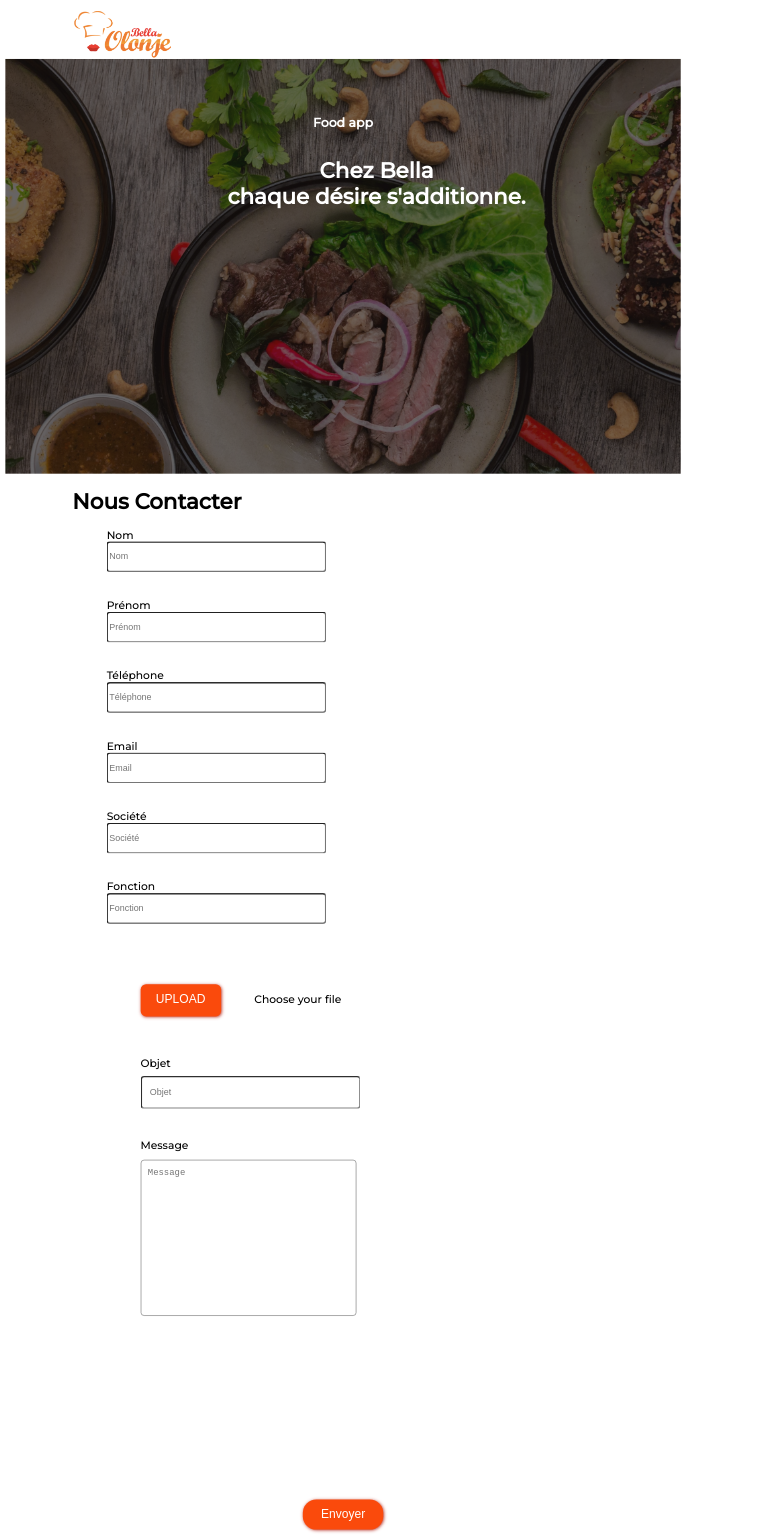
Repository: Ahlam-belhadj/bella-olange
Page: index3.html
An editor plug-in stored every save of this project. The page is shown before and after the next save, followed by the edit.
The browser window is 1024 px wide. The page is 1166 px wide, so the pictures cover 1166 px, including what lies to the right of the window. The pictures show the whole page, at 67% of full size.
Pictures or frames that could not be fetched are drawn as grey boxes.

Above is the page before, as saved 2023-02-12 21:15:13.

### index3.html
<!DOCTYPE html>
<html lang="en">

<head>
    <meta charset="UTF-8">
    <meta http-equiv="X-UA-Compatible" content="IE=edge">
    <meta name="viewport" content="width=device-width, initial-scale=1.0">
    <link rel="stylesheet" href="style3.css">
    <script src="https://www.google.com/recaptcha/api.js" async defer></script>
    <title>Bella olanje</title>
</head>

<body>
    <header>
        <nav>
            <div class="logo"><img  class="logo" src="image/logo_bella_olonje.png" alt="logo"></div>
            <ul>
                <li><a href="#" class="nav-link">Home</a></li>
                <li><a href="#" class="nav-link">Pizza</a></li>
                <li><a href="#" class="nav-link">Burgers</a></li>
                <li><a href="#" class="nav-link">Salade</a></li>
                <li><a href="#" class="nav-link">Contact</a></li>

            </ul>
            <div class="icon_navbar">
                <label for="click" class="menu-btn">
                  <i class="fas fa-bars"></i>
                </label>
            </div>
          </nav>

        <div class="title">
            <div class="texte">
                <h3>Food app</h3>
                <h1>Chez Bella <br>
                    chaque désire s'additionne.</h1>
            </div>
        </div>
    </header>
    <main>
    <div class="information">
        <form>
            <h1>Nous Contacter</h1>
            <div class="commande">
                <div class="info1">
                    <div class="label">
                        <label>Nom</label>
                        <br>
                        <input type="text" placeholder="Nom">
                    </div>
                    <div class="label">
                        <label>Prénom</label>
                        <br>
                        <input type="text" placeholder="Prénom">
                    </div>
                </div>
                <div class="info2">
                    <div class="label">
                        <label>Téléphone</label>
                        <br>
                        <input type="text" placeholder="Téléphone">
                    </div>
                    <div class="label">
                        <label>Email</label>
                        <br>
                        <input type="email" placeholder="Email">
                    </div>
                </div>
                <div class="info1">
                    <div class="label">
                        <label>Société</label>
                        <br>
                        <input type="text" placeholder="Société">
                    </div>
                    <div class="label">
                        <label>Fonction</label>
                        <br>
                        <input type="email" placeholder="Fonction">
                    </div>
                </div>

            </div>
        </form>
    </div>


    <div class="chose">
        <div class="div_button">
            <button class="button1" type="button">UPLOAD</button>
            <p>Choose your file</p>
        </div>
    </div>

    <div>
        <div class="g-recaptcha" data-sitekey="6Lff4ygkAAAAABA1RWNuq8ewgkRZaDD-yAWqFs1t"></div>
    </div>

    <div class="grp_choose">
        <div class="choose_message">
            <div class="label_choose">
                <label>Objet</label><br>
                <input type="text" placeholder="Objet">
            </div>
            <div class="label_message">
                <label>Message</label><br>
                <textarea placeholder="Message"></textarea>
            </div>
        </div>
    </div>


    <div class="maps">
        <iframe
            src="https://www.google.com/maps/embed?pb=!1m18!1m12!1m3!1d6464.54830951471!2d2.4294808287259815!3d48.785241545980085!2m3!1f0!2f0!3f0!3m2!1i1024!2i768!4f13.1!3m3!1m2!1s0x47e67344bd2d57f1%3A0x2a84a845271b523a!2sAFPA!5e0!3m2!1sfr!2sfr!4v1674668360985!5m2!1sfr!2sfr"
            width="600" height="450" style="border:0;" allowfullscreen="" loading="lazy"
            referrerpolicy="no-referrer-when-downgrade"></iframe>
    </div>


    <div class="button1">
        <button class="button">Envoyer</button>
    </div>
</main>
</body>

</html>

### style3.css
@import url('https://fonts.googleapis.com/css2?family=Montserrat:wght@100;200;500&display=swap');

body {
    font-family: Montserrat, sans-serif;
}


.logo {
    height: 80px;
}

nav {
    display: flex;
    height: 80px;
    width: 100%;
    background: white;
    align-items: center;
    justify-content: space-between;
    padding: 0 50px 0 100px;
    flex-wrap: wrap;
}

nav .logo {
    color: #fff;
    font-size: 20px;
    text-transform: uppercase;
    text-decoration: none;
}

nav a {
    color: #fff;
    text-decoration: none;
}

nav ul {
    display: flex;
    flex-wrap: wrap;
    list-style: none;

}

nav ul li {
    margin: 0 5px;
}

nav ul li a {
    color: black;
    text-decoration: none;
    font-size: 16px;
    font-weight: 500;
    padding: 8px 15px;
    border-radius: 5px;
    letter-spacing: 1px;
    transition: all 0.3s ease;
}

nav .icon_navbar {
    display: flex;
}



nav .menu-btn i {
    color: #050505;
    font-size: 22px;
    cursor: pointer;

}

input[type="checkbox"] {
    display: none;
}

@media (max-width: 1000px) {
    nav {
        padding: 0 40px 0 50px;
    }

    nav .logo {
        color: #fff;
        font-size: 16px;
        text-transform: uppercase;
    }
}

@media (max-width: 1250px) {
    nav .menu-btn i {
        display: block;
    }

    #click:checked~.menu-btn i:before {
        content: "\f00d";
    }

    nav ul {
        position: fixed;
        top: 80px;
        right: -100%;
        background: #C81100;
        height: 100vh;
        width: 60%;
        text-align: center;
        display: block;
        transition: all 0.3s ease;
    }

    #click:checked~ul {
        right: 0;
    }

    nav ul li {
        width: 100%;
        margin: 40px 0;
    }

    nav ul li a {
        width: 100%;
        display: block;
        font-size: 20px;
        transition: 0.6s cubic-bezier(0.68, -0.55, 0.265, 1.55);
    }

    #click:checked~ul li a {
        margin-left: 0px;
    }

    nav ul li a.active,
    nav ul li a:hover {
        background: none;
        color: #1E1E1E;
    }
}

.title {
    background-image: url(image/Rectangle\ 48.png);
    height: 619px;
    background-repeat: no-repeat;
    background-position: center;
    background-size: cover;



}

.texte {
    color: white;
    display: flex;
    align-items: center;
    justify-content: center;
    flex-direction: column;
    text-align: center;
    height: 50%;
}

/* header */

h1 {
    padding-left: 100px;
}


h2 {
    text-align: center;
    padding-bottom: 20px;
}

.info1 {
    display: flex;
    justify-content: space-around;
    padding-right: 100px;
}

.info2 {
    display: flex;
    justify-content: space-around;
    padding-right: 100px;
}

input {
    width: 320px;
    height: 40px;
    border-radius: 5px;
    margin-bottom: 40px;

}


.maps {
    display: flex;

    padding-left: 200px;
}

iframe {
    width: 941px;
    height: 500px;
    left: 100px;
    top: 1875px;

}


/* button */
button {
    border: 0;
    line-height: 2.5;
    width: 120px;
    padding: 0 18px;
    font-size: 18px;
    text-align: center;
    color: #fff;
    border-radius: 20px;
    background-color: #FA4A0C;
    box-shadow: 1px 1px 5px #B73227;


}

.button1 {
    display: flex;
    justify-content: end;
    margin: 50px 0px 35px 100px;
    border-radius: 8px;
}

p {
    margin-top: 63px;
    margin-left: 50px;
}

.btn {
    display: flex;
}


.div_button {
    padding: 50px 0px 35px 100px;
    display: flex;
}

/* button */


.chose {
    display: flex;
}

.grp_choose {
    padding-left: 200px;
}

.label_choose input {
    width: 938px;
    height: 35px;
    margin-bottom: 20px;
    margin-top: 10px;
    padding: 5px 12px;
    color: grey;
    border-radius: 5px;
    border-color: gray;
}

.label_message {
    padding-top: 25px;
}

textarea {
    width: 938px;
    height: 141px;
    margin-bottom: 20px;
    color: grey;
    border-color: gray;
    margin-top: 12px;
    padding: 10px 10px 80px;
    outline: none;
    border-radius: 5px;
    resize: none;
}

.g-recaptcha {
    padding-left: 200px;
    margin-bottom: 60px;
}

@media (max-width:650px) {
    .info1 {
        display: flex;
        flex-direction: column;
        padding-left: 15%;
    }

    .info2 {
        display: flex;
        flex-direction: column;
        padding-left: 15%;
    }
    .chose {

        padding-left: 20%;
      }

    .div_button {
        padding: 0px;
    }

    .g-recaptcha {
        margin-top: 40px;
        padding-left: 20%;
    }

    .grp_choose {
        /* padding-left: 0px; */
        padding-left: 15%;
    }

    .label_choose input {
        width: 300px;
    }

    textarea {
        width: 300px;
    }

    .maps {
        padding-left: 0px;
    }

    iframe {
        width: 400px;
        height: 200px;
        top: 1875px;
        padding-left: 10%;

    }

    .button1 {

        justify-content: center;
        margin: 50px 0px 0px 0px;

      }
}

@media screen and (min-width:651px) and (max-width:1199px) {
    .info1 {
        display: flex;
        flex-direction: column;
        padding-left: 15%;
    }

    .info2 {
        display: flex;
        flex-direction: column;
        padding-left: 15%;
    }
    .chose {

        padding-left: 20%;
      }

    .div_button {
        padding: 0px;
    }

    .g-recaptcha {
        margin-top: 40px;
        padding-left: 20%;
    }

    .grp_choose {

        padding-left: 20%;
    }

    .label_choose input {
        width: 300px;
    }

    textarea {
        width: 300px;
    }

    .maps {
        padding-left: 0px;
    }

    iframe {
        width: 400px;
        height: 200px;
        top: 1875px;
        padding-left: 20%;

    }

    .button1 {

        justify-content: center;
        margin: 50px 0px 0px 0px;

      }



}

After the next save:
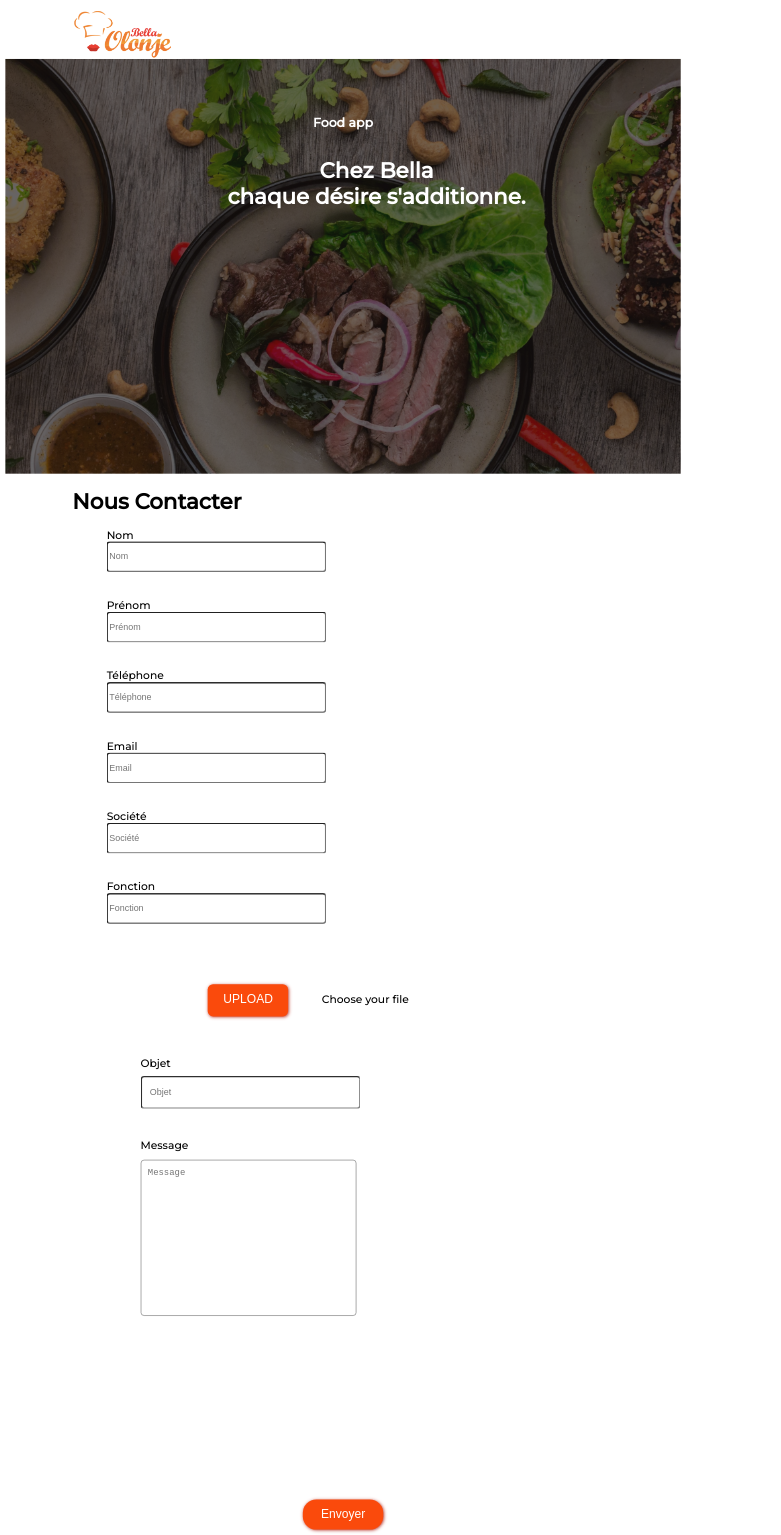
Saved 8 s later.
--- a/style3.css
+++ b/style3.css
@@ -355,7 +355,7 @@ textarea {
     }
     .chose {
 
-        padding-left: 20%;
+        padding-left: 30%;
       }
 
     .div_button {
